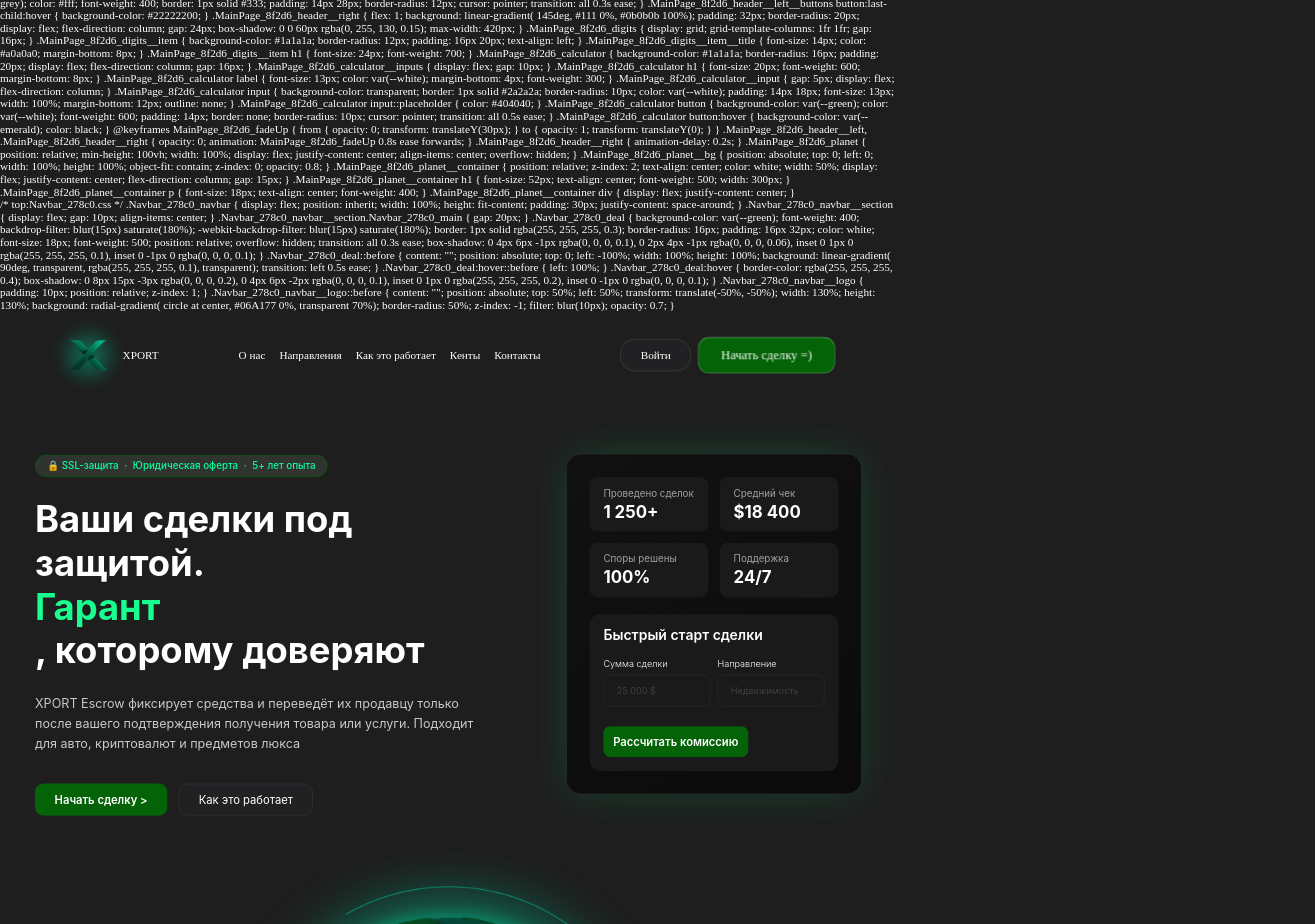
Repository: 1mpuryyyyy/x-port
Page: /x-port/
An editor plug-in stored every save of this project. The page is shown before and after a run of saves, followed by the edit.
The browser window is 1280 px wide. The page is 1879 px wide, so the pictures cover 1879 px, including what lies to the right of the window. The pictures show the part of the page from y = 1318 to 2638 px (the page is 3284 px tall), at 70% of full size.
The project was rebuilt for these pictures with package versions that can differ from the ones it lists, and the page was loaded fresh each time. Also part of the build but not shown: vite.config.js.

Above is the page before, as saved 2025-10-09 03:06:49.

After the next 2 saves:
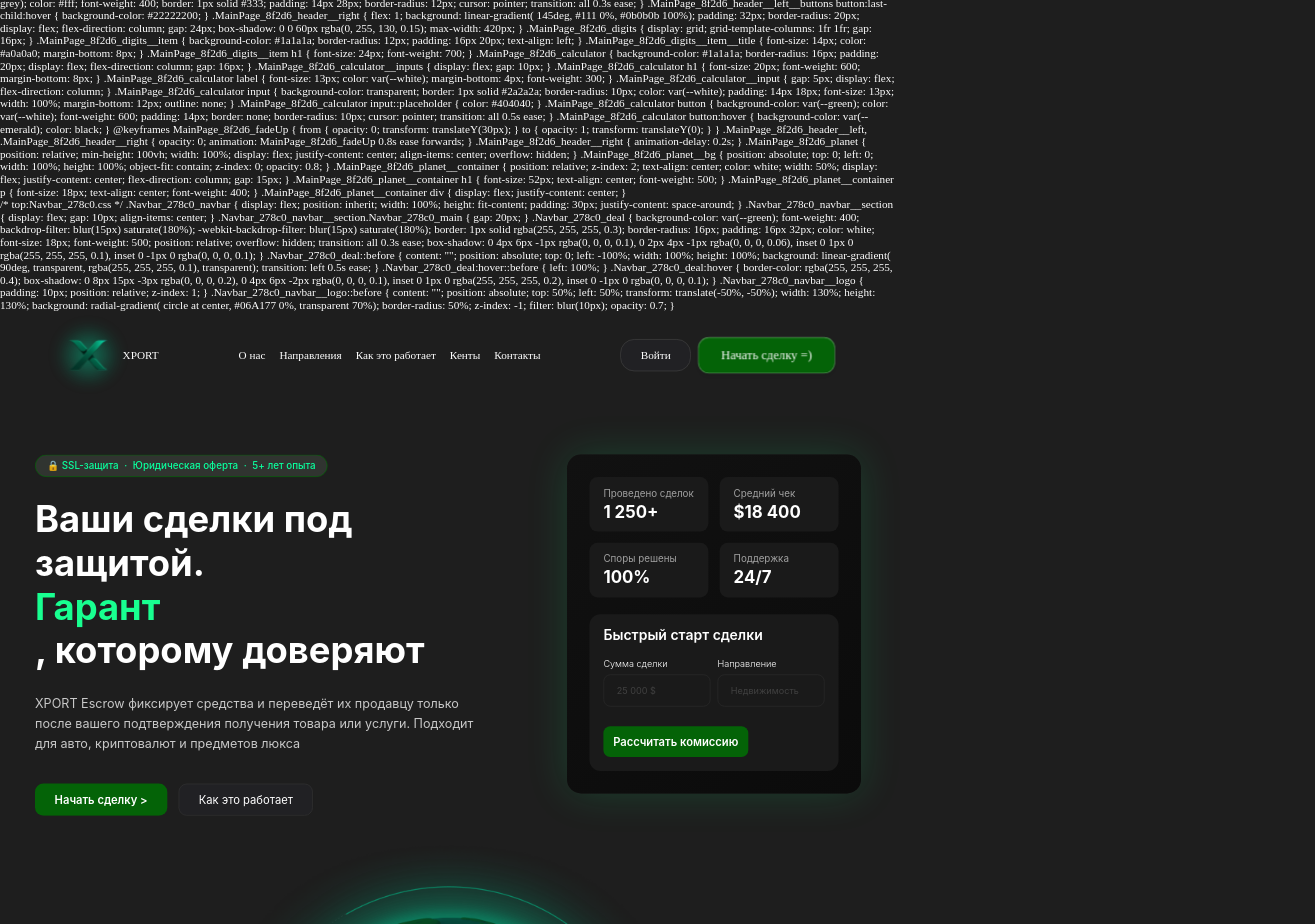
The 2 saves are shown as one change because they came seconds apart.
The last was saved 10 s later.
--- a/src/components/MainPage/MainPage.module.css
+++ b/src/components/MainPage/MainPage.module.css
@@ -264,7 +264,6 @@ section {
     font-size: 52px;
     text-align: center;
     font-weight: 500;
-    width: 300px;
 }
 
 .planet__container p {
